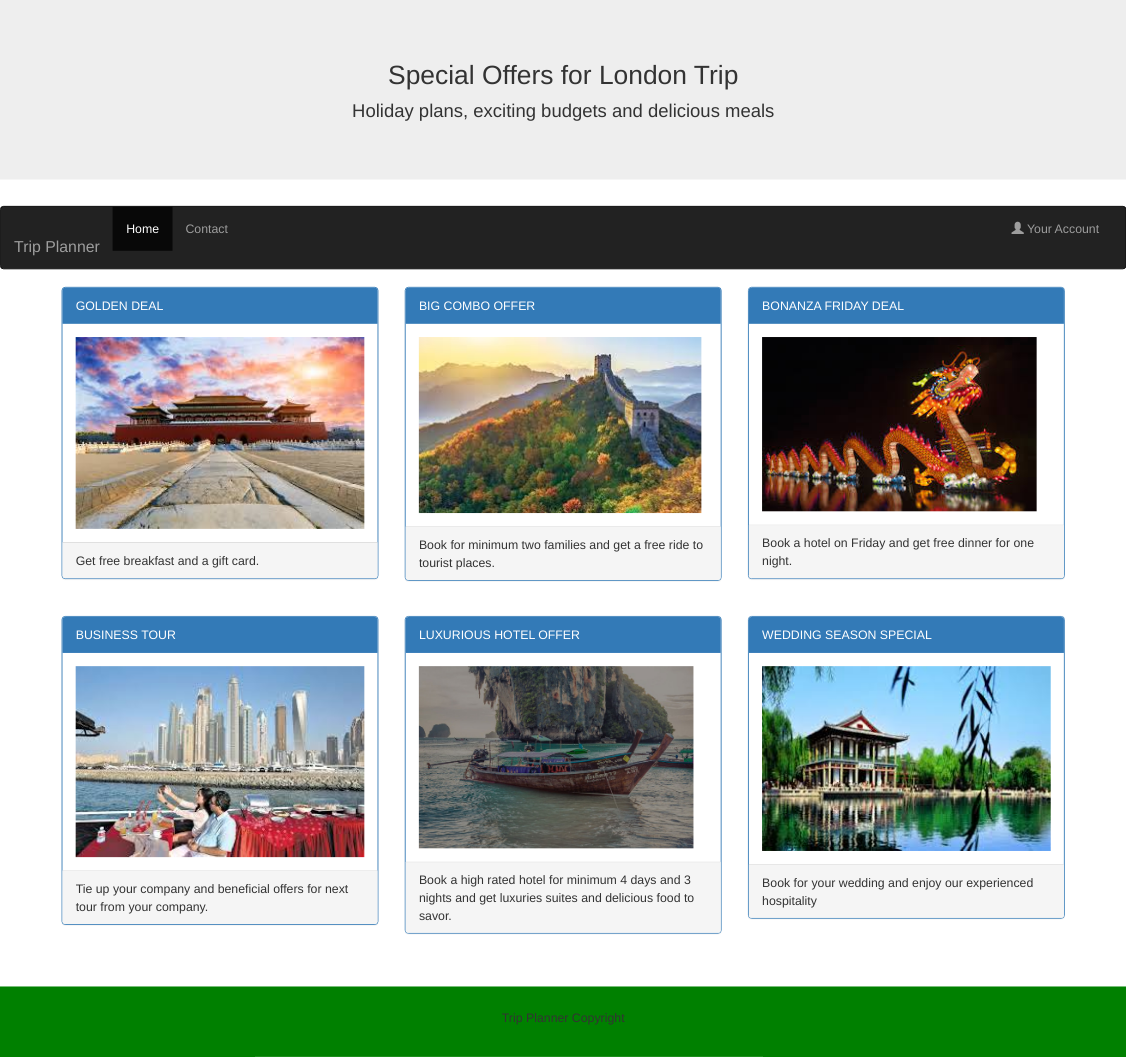
Repository: NanSin21/Mytourism-Website
Page: http://localhost/toursandtravelsmanagement/TripPlaces/CustomerChina.jsp
These files come from the project's save history. The page is drawn as it stood at one moment and after the next save; the edit follows.
The browser window is 1280 px wide. The pictures show the whole page, at 88% of full size.
The page is served by Tomcat 9. Other server files are loaded and not shown.

Above is the page before, as saved 2018-07-25 07:10:40.

### toursandtravelsmanagement/WebContent/TripPlaces/CustomerChina.jsp
<%@ page language="java" contentType="text/html; charset=ISO-8859-1"
    pageEncoding="ISO-8859-1"%>
<!DOCTYPE html PUBLIC "-//W3C//DTD HTML 4.01 Transitional//EN" "http://www.w3.org/TR/html4/loose.dtd">
<html>
<head>
<meta http-equiv="Content-Type" content="text/html; charset=ISO-8859-1">
<title>China Trip Package</title>
<!-- <meta charset="utf-8"> -->
  <meta name="viewport" content="width=device-width, initial-scale=1">
  <link rel="stylesheet" href="https://maxcdn.bootstrapcdn.com/bootstrap/3.3.7/css/bootstrap.min.css">
  <script src="https://ajax.googleapis.com/ajax/libs/jquery/3.3.1/jquery.min.js"></script>
  <script src="https://maxcdn.bootstrapcdn.com/bootstrap/3.3.7/js/bootstrap.min.js"></script>
  <style>
  .navbar{
  margin-nottom= 50px;
  border-radius= 0;
  }
  .jumbotron{
   margin-bottom= 0;
   }
   footer{
   background: green;
   padding: 25px;
   }
   </style>
</head>
<body>

<div class="jumbotron">
  <div class="container text-center">
   <h2>Special Offers for London Trip</h2>
     <p>Holiday plans, exciting budgets and delicious meals</p>
  </div>
</div>

<nav class="navbar navbar-inverse">
  <div class="container-fluid">
      <div class="navbar-header">
        <button type="button" class="navbar-toggle" data-toggle="collapse" data-target="#myNavbar">
        <span class="icon-bar"></span>
        <span class="icon-bar"></span>
        <span class="icon-bar"></span>
        </button>
        <h1><a class="navbar-brand" href="CustomerHome.jsp">Trip Planner</a></h1>
      </div>
      <div class="collapse navbar-collapse" id="myNavbar">
      <ul class="nav navbar-nav">
        <li class="active"><a href="TripPlaces/CustomerLondon.jsp">Home</a></li>
       <!--  <li><a href="registration.jsp">Register</a></li>
        <li><a href="login.jsp">Login</a></li> -->
        <li><a href="contact.jsp">Contact</a></li>
      </ul>
      <ul class="nav navbar-nav navbar-right">
        <li><a href="profile.jsp"><span class="glyphicon glyphicon-user"></span> Your Account</a></li>
       <!--  <li><a href="budget.html">Budget Details</a></li> -->
      <!--   <li><a href="#"><span class="glyphicon glyphicon-shopping-cart"></span> Cart</a></li> -->
      </ul>
    </div>
  </div>
</nav>


   <div class="container">
  <div class="row">
    <div class="col-sm-4">
      <div class="panel panel-primary">
        <div class="panel-heading">GOLDEN DEAL</div>
        <div class="panel-body"><img src="images/download.jpeg" class="img-responsive" style="width:100%" alt="Image"></div>
        <div class="panel-footer">Get free breakfast and a gift card.</div>
      </div>
    </div>
    <div class="col-sm-4">
      <div class="panel panel-primary">
        <div class="panel-heading">BIG COMBO OFFER</div>
        <div class="panel-body"><img src="images/download (1).jpeg" class="img-responsive" style="width:98%" alt="Image"></div>
        <div class="panel-footer">Book for minimum two families and get a free ride to tourist places.</div>
      </div>
    </div>
    <div class="col-sm-4">
      <div class="panel panel-primary">
        <div class="panel-heading">BONANZA FRIDAY DEAL</div>
        <div class="panel-body"><img src="images/download (2).jpeg" class="img-responsive" style="width:95%" alt="Image"></div>
        <div class="panel-footer">Book a hotel on Friday and get free dinner for one night.</div>
      </div>
    </div>
  </div>
</div><br>

<div class="container">
  <div class="row">
    <div class="col-sm-4">
      <div class="panel panel-primary">
        <div class="panel-heading">BUSINESS TOUR</div>
        <div class="panel-body"><img src="images/restaurant.jpeg" class="img-responsive" style="width:100%" alt="Image"></div>
        <div class="panel-footer">Tie up your company and beneficial offers for next tour from your company.</div>
      </div>
    </div>
    <div class="col-sm-4">
      <div class="panel panel-primary">
        <div class="panel-heading">LUXURIOUS HOTEL OFFER</div>
        <div class="panel-body"><img src="images/2.jpg" class="img-responsive" style="width:95%" alt="Image"></div>
        <div class="panel-footer">Book a high rated hotel for minimum 4 days and 3 nights and get luxuries suites and delicious food to savor.</div>
      </div>
    </div>
    <div class="col-sm-4">
      <div class="panel panel-primary">
        <div class="panel-heading">WEDDING SEASON SPECIAL</div>
        <div class="panel-body"><img src="images/resort.jpeg" class="img-responsive" style="width:100%" alt="Image"></div>
        <div class="panel-footer">Book for your wedding and enjoy our experienced hospitality</div>
      </div>
    </div>
  </div>
</div><br><br>

<footer class="container-fluid text-center">
  <p>Trip Planner Copyright</p>
 <!--  <form action="LoginServlet" method="post" class="form-inline">Get deals:
    <input type="email" class="form-control" size="50" name="email" placeholder="Email Address">
     <input type="password" placeholder="Enter Password" name="password" required>
    <button type="submit" class="btn btn-danger">Sign Up</button>
  </form> -->
</footer>
</body>
</html>

After the next save:
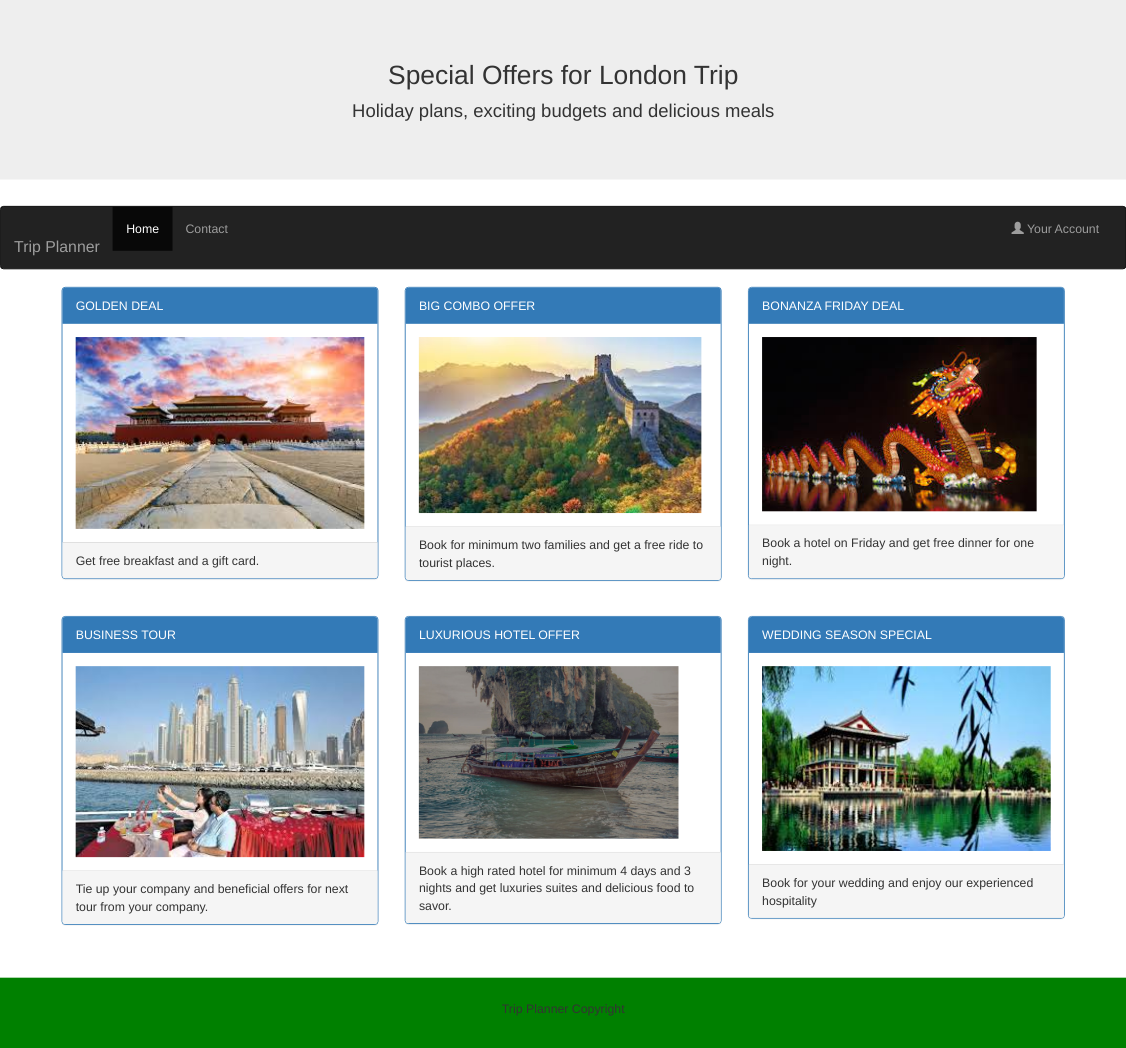
Saved 6 s later.
--- a/toursandtravelsmanagement/WebContent/TripPlaces/CustomerChina.jsp
+++ b/toursandtravelsmanagement/WebContent/TripPlaces/CustomerChina.jsp
@@ -98,7 +98,7 @@
     <div class="col-sm-4">
       <div class="panel panel-primary">
         <div class="panel-heading">LUXURIOUS HOTEL OFFER</div>
-        <div class="panel-body"><img src="images/2.jpg" class="img-responsive" style="width:95%" alt="Image"></div>
+        <div class="panel-body"><img src="images/2.jpg" class="img-responsive" style="width:90%" alt="Image"></div>
         <div class="panel-footer">Book a high rated hotel for minimum 4 days and 3 nights and get luxuries suites and delicious food to savor.</div>
       </div>
     </div>
